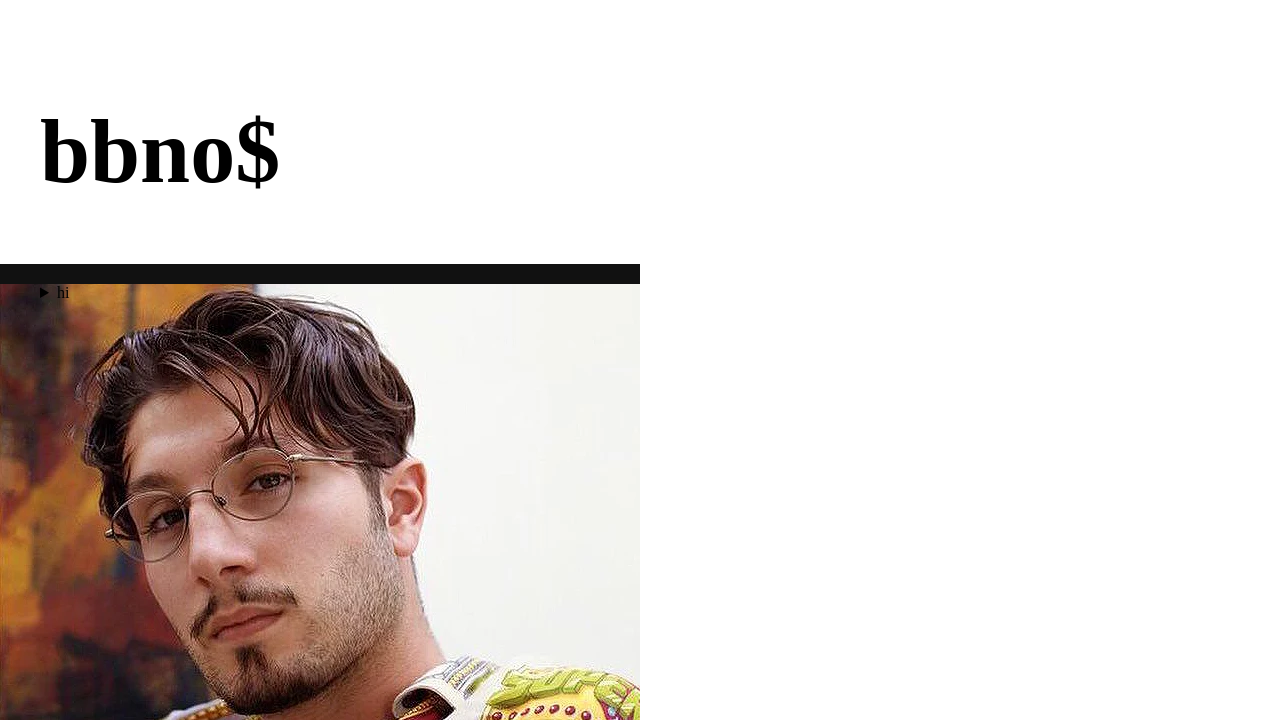
Repository: Jennica1/Lab1
Page: /
An editor plug-in stored every save of this project. The page is shown before and after the next save, followed by the edit.
The browser window is 1280 px wide. The pictures show the whole page.
The project was rebuilt for these pictures with package versions that can differ from the ones it lists, and the page was loaded fresh each time. Also part of the build but not shown: vite.config.js, src/index.css.

Above is the page before, as saved 2024-09-09 18:16:25.

### index.html
<!doctype html>
<html lang="en">
  <head>
    <meta charset="UTF-8" />
    <link rel="icon" type="image/svg+xml" href="/vite.svg" />
    <meta name="viewport" content="width=device-width, initial-scale=1.0" />
    <title>Top bbno$ Albums</title>
  </head>
  <body>
    <div id="root"></div>
    <script type="module" src="/src/main.jsx"></script>
  </body>
</html>

### src/App.jsx
import { useState } from 'react'
import reactLogo from './assets/react.svg'
import viteLogo from '/vite.svg'

import './App.css'

function App() {

  return (
    <>
      <header className='header'>
        <h1>bbno$</h1>
      </header>
      <main className='main'>
        <div className='split left'>
          <img src="/images/bbno$_profile.webp" alt='bbno$' />
        </div>
        <div className='split right'>
          <details>
            <summary>hi</summary>
            <p>hello</p>
            <p>hello</p>
          </details>
        </div>
      </main>


    </>
  )
}

export default App

### src/App.css
#root {
  max-width: 1280px;
  margin: 0 auto;
  padding: 2rem;
}

.header {
  font-size: 45px;
}

.main{

}

.split {
position: fixed;
height: 100%;
width: 50%;
overflow-x: hidden;
padding-top: 20px;
}

.left {
  left: 0;
  background-color: #111;
}

Loaded but not shown: src/main.jsx (common file)

After the next save:
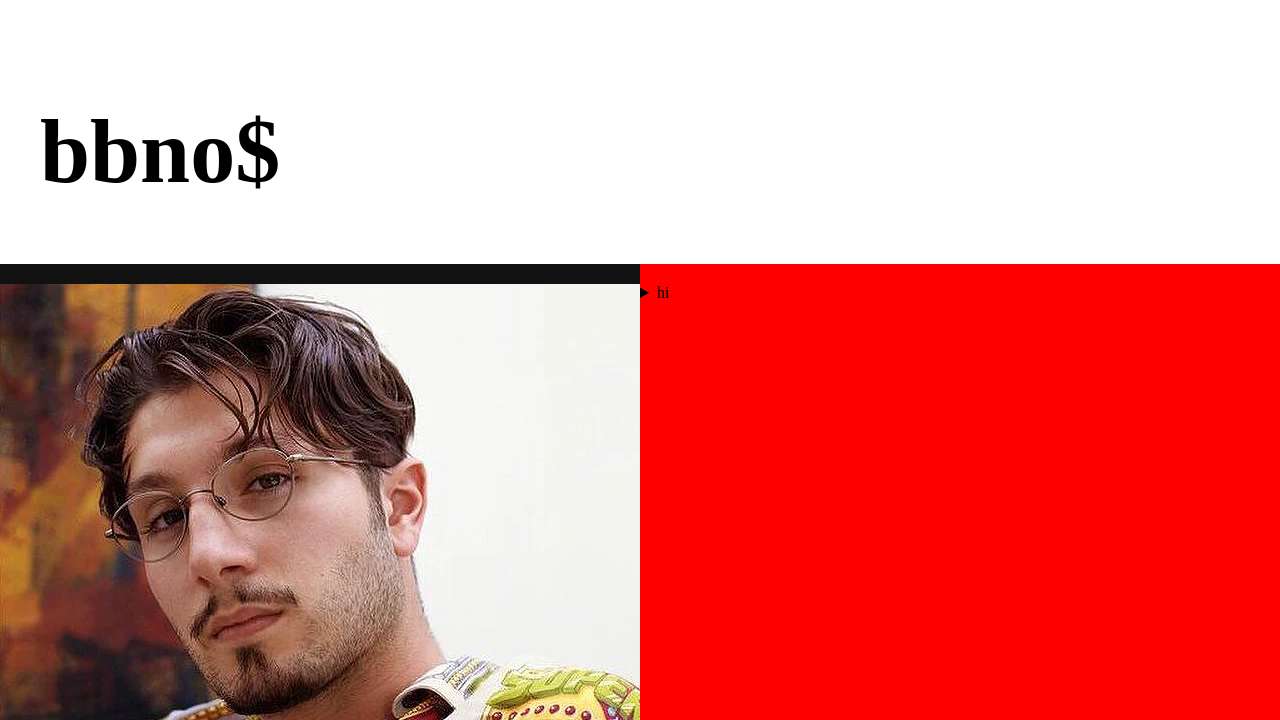
Saved 14 s later.
--- a/src/App.css
+++ b/src/App.css
@@ -24,3 +24,7 @@
   left: 0;
   background-color: #111;
 }
+
+.right {
+  right: 0;
+  background-color: red;
